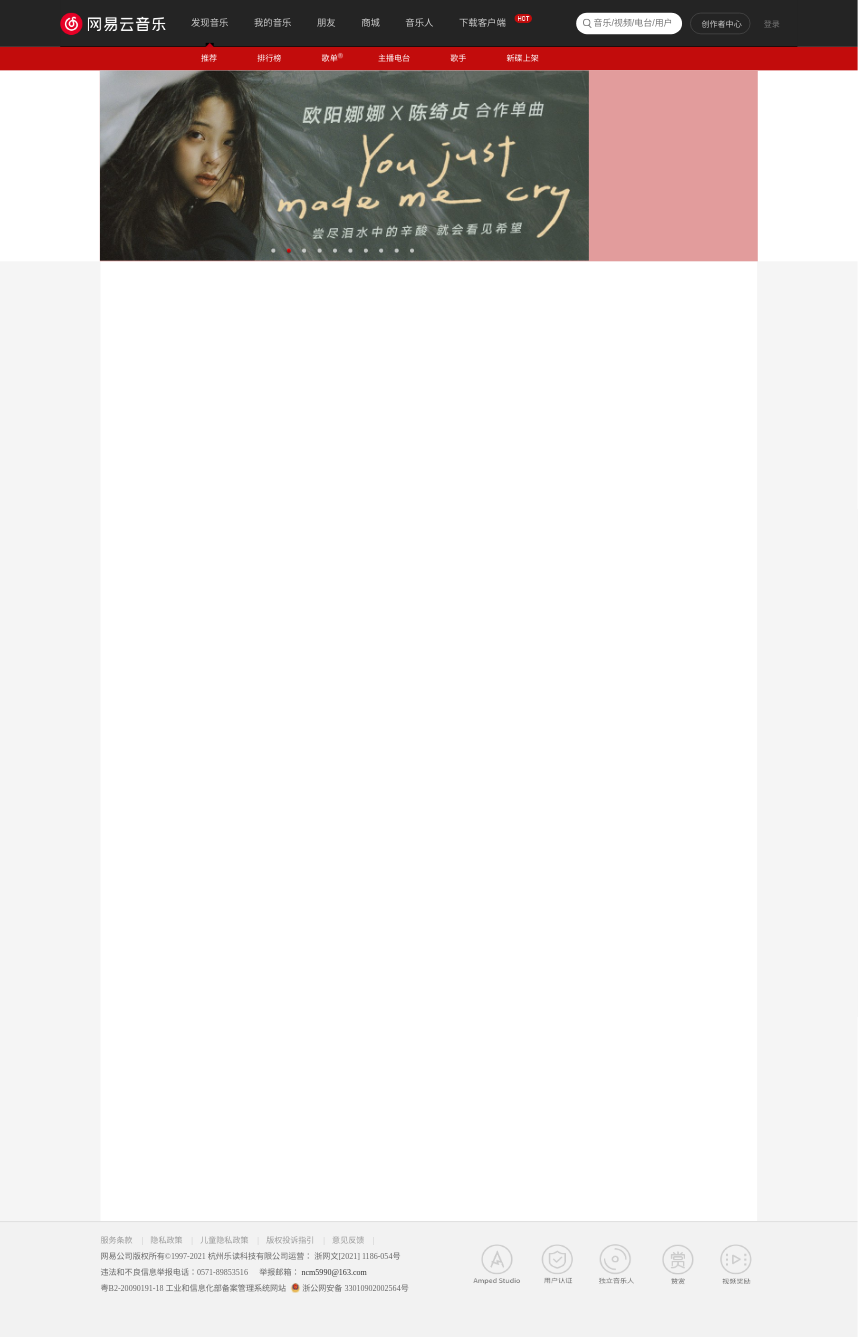
Repository: changfeng5/cat
Page: cat/index.html
These files come from the project's save history. The page is drawn as it stood at one moment and after the next save; the edit follows.
The browser window is 1280 px wide. The pictures show the whole page, at 67% of full size.

Above is the page before, as saved 2021-04-30 12:23:25.

After the next save:
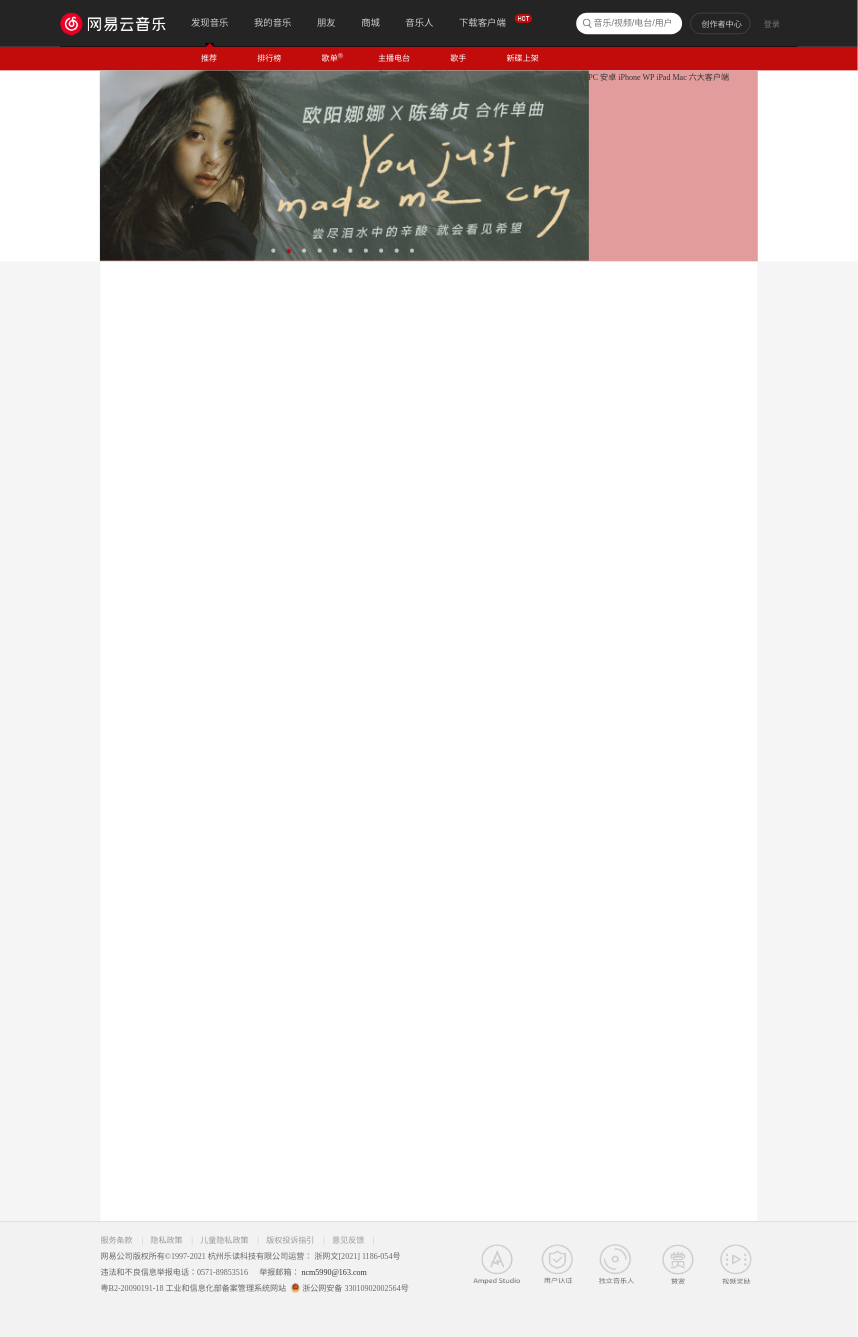
Saved 9 s later.
--- a/cat/index.html
+++ b/cat/index.html
@@ -108,8 +108,8 @@
       </div>
     </div>
   </div>
+  <!-- 推荐-轮播图 -->
   <div class="banner_wrpper">
-    <!-- 推荐-轮播图 -->
     <div class="banner">
       <div class="banl">
         <!-- 左按钮 -->
@@ -145,6 +145,8 @@
         </ol>
       </div>
       <div class="banr">
+        <a href="#"></a>
+        <p>PC 安卓 iPhone WP iPad Mac 六大客户端</p>
       </div>
     </div>
   </div>
